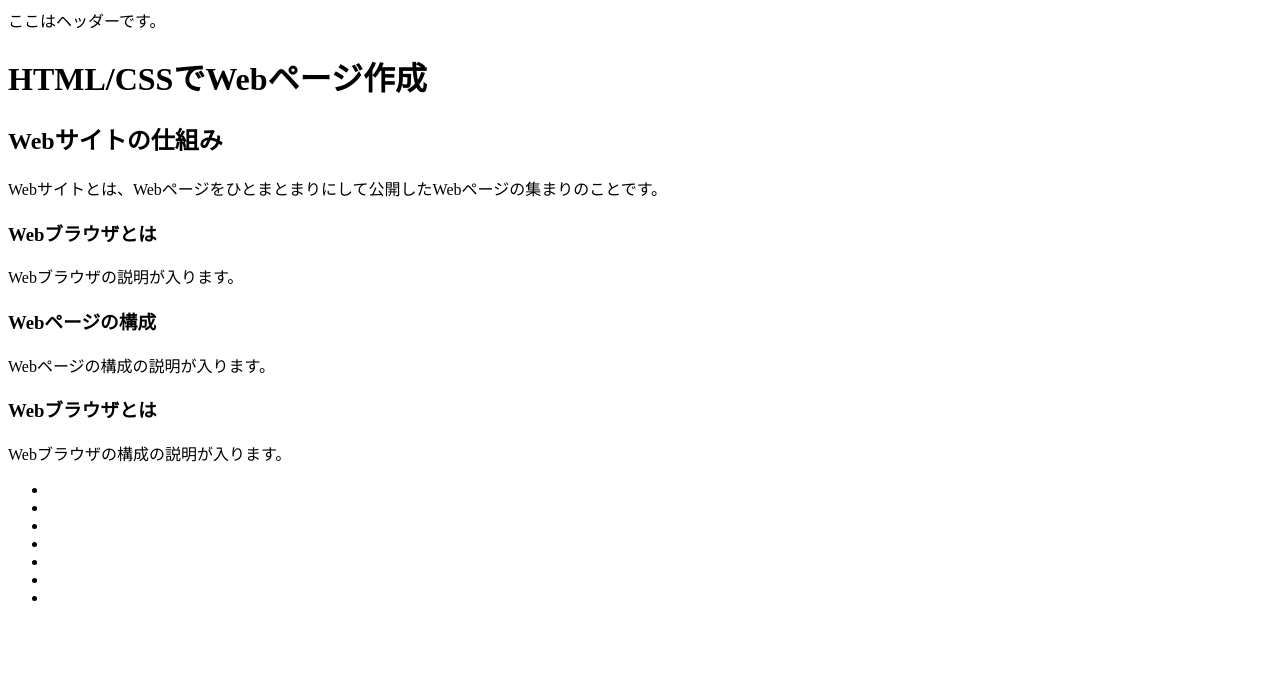
Repository: taekowithrowgit/backend
Page: environment/front-end/html_css/kadai-html.html
The author's editor kept a record of every edit. The page is drawn from the files as they stood at one moment, then again after the next edit.
The browser window is 1280 px wide. The pictures show the whole page.

Above is the page before.

### environment/front-end/html_css/kadai-html.html
<! DOCTYPE html>
<html lang ="ja">
    <head>
        <meta charset="utf-8">
        <title>HTML/CSSでWebページ作成</title>
    </head>
    <body>
        <header>ここはヘッダーです。</header>
        <div id="wrapper">
            <div id ="main">
                <h1>HTML/CSSでWebページ作成</h1>
                <h2>Webサイトの仕組み</h2>
                <p>Webサイトとは、Webページをひとまとまりにして公開したWebページの集まりのことです。</p>
                <h3>Webブラウザとは</h3>
                <p>Webブラウザの説明が入ります。</p>
                <h3>Webページの構成</h3>
                <p>Webページの構成の説明が入ります。</p>
                <h3>Webブラウザとは</h3>
                <p>Webブラウザの構成の説明が入ります。</p>
            </div>
            <nav id ="menu">
                <ul>
                    <li></li>
                    <li></li>
                    <li></li>
                    <li></li>
                    <li></li>
                    <li></li>
                    <li></li>
                </ul>
            </nav>
        </div>
    </body>
</html>

After the next edit:
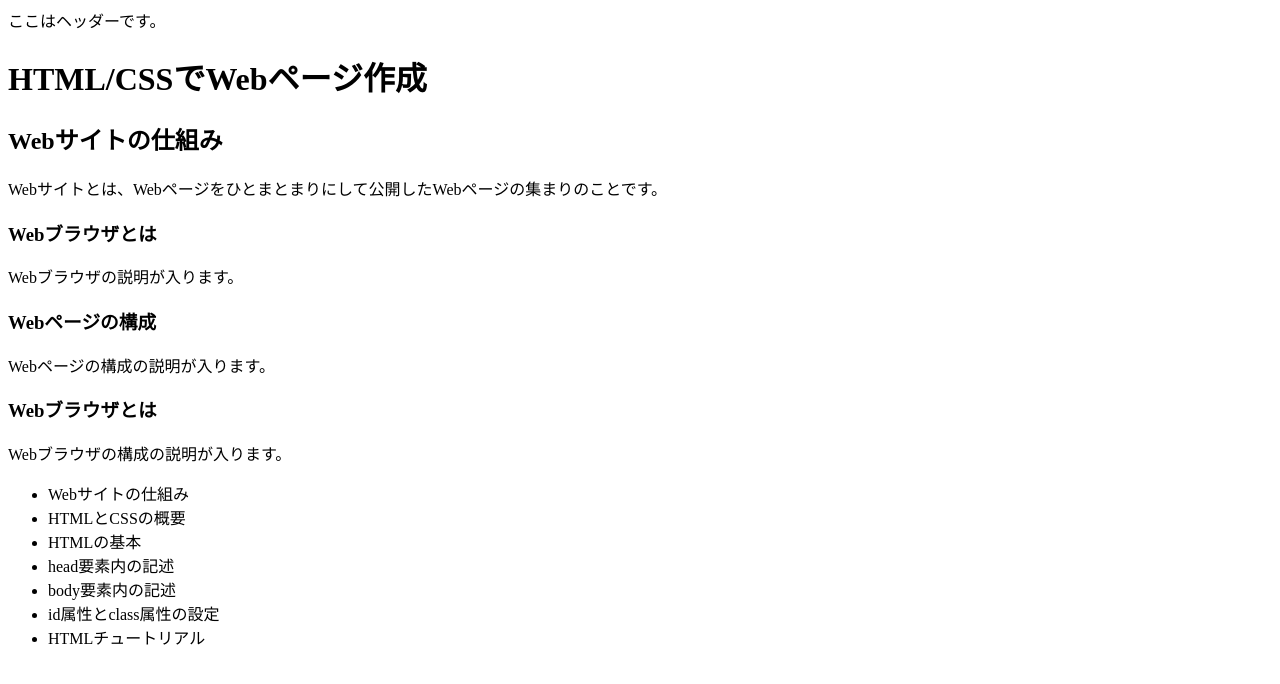
The edit:
--- a/environment/front-end/html_css/kadai-html.html
+++ b/environment/front-end/html_css/kadai-html.html
@@ -20,13 +20,13 @@
             </div>
             <nav id ="menu">
                 <ul>
-                    <li></li>
-                    <li></li>
-                    <li></li>
-                    <li></li>
-                    <li></li>
-                    <li></li>
-                    <li></li>
+                    <li>Webサイトの仕組み</li>
+                    <li>HTMLとCSSの概要</li>
+                    <li>HTMLの基本</li>
+                    <li>head要素内の記述</li>
+                    <li>body要素内の記述</li>
+                    <li>id属性とclass属性の設定</li>
+                    <li>HTMLチュートリアル</li>
                 </ul>
             </nav>
         </div>
